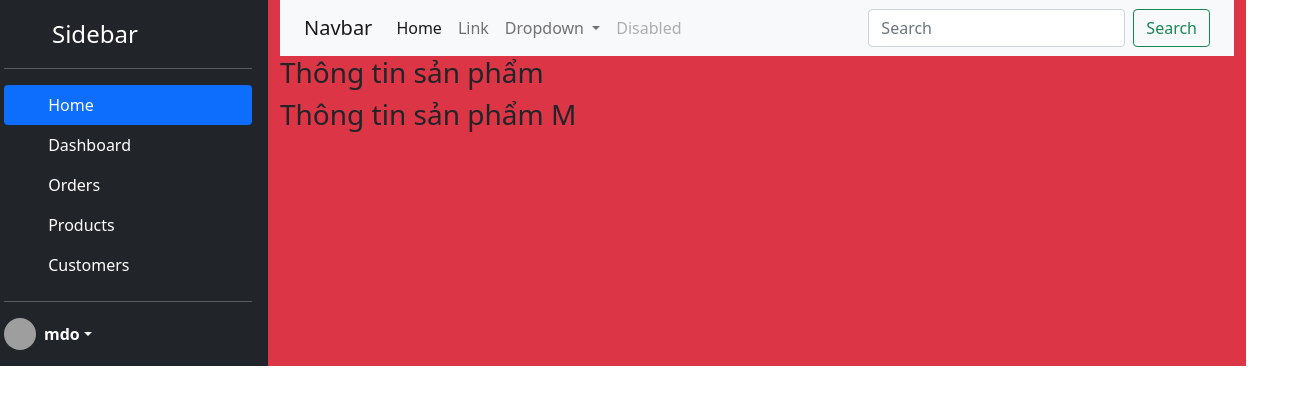
Repository: Lehuyhuynh/BT12-BOOTSTRAP
Page: index.html
These files come from the project's save history. The page is drawn as it stood at one moment and after a run of saves; the edit follows.
The browser window is 1280 px wide. The page is 1292 px wide, so the pictures cover 1292 px, including what lies to the right of the window. The pictures show the whole page.
Pictures or frames that could not be fetched are drawn as grey boxes.

Above is the page before, as saved 2023-08-19 22:13:24.

### index.html
<!DOCTYPE html>
<html lang="en">
<head>
  <link href="https://cdn.jsdelivr.net/npm/bootstrap@5.1.3/dist/css/bootstrap.min.css" rel="stylesheet" integrity="sha384-1BmE4kWBq78iYhFldvKuhfTAU6auU8tT94WrHftjDbrCEXSU1oBoqyl2QvZ6jIW3" crossorigin="anonymous">
  <meta charset="UTF-8">
  <meta name="viewport" content="width=device-width, initial-scale=1.0">
  <title>BT2</title>
</head>
<body>
  <div class="row">
    <div class=" col-3 d-flex flex-column flex-shrink-0 p-3 text-white bg-dark rounded-lg" style="width: 280px;">
      <a href="/" class="d-flex align-items-center mb-3 mb-md-0 me-md-auto text-white text-decoration-none">
        <svg class="bi me-2" width="40" height="32"><use xlink:href="#bootstrap"></use></svg>
        <span class="fs-4">Sidebar</span>
      </a>
      <hr>
      <ul class="nav nav-pills flex-column mb-auto">
        <li class="nav-item">
          <a href="#" class="nav-link active" aria-current="page">
            <svg class="bi me-2" width="16" height="16"><use xlink:href="#home"></use></svg>
            Home
          </a>
        </li>
        <li>
          <a href="#" class="nav-link text-white">
            <svg class="bi me-2" width="16" height="16"><use xlink:href="#speedometer2"></use></svg>
            Dashboard
          </a>
        </li>
        <li>
          <a href="#" class="nav-link text-white">
            <svg class="bi me-2" width="16" height="16"><use xlink:href="#table"></use></svg>
            Orders
          </a>
        </li>
        <li>
          <a href="#" class="nav-link text-white">
            <svg class="bi me-2" width="16" height="16"><use xlink:href="#grid"></use></svg>
            Products
          </a>
        </li>
        <li>
          <a href="#" class="nav-link text-white">
            <svg class="bi me-2" width="16" height="16"><use xlink:href="#people-circle"></use></svg>
            Customers
          </a>
        </li>
      </ul>
      <hr>
      <div class="dropdown">
        <a href="#" class="d-flex align-items-center text-white text-decoration-none dropdown-toggle" id="dropdownUser1" data-bs-toggle="dropdown" aria-expanded="false">
          <img src="https://github.com/mdo.png" alt="" width="32" height="32" class="rounded-circle me-2">
          <strong>mdo</strong>
        </a>
        <ul class="dropdown-menu dropdown-menu-dark text-small shadow" aria-labelledby="dropdownUser1" style="">
          <li><a class="dropdown-item" href="#">New project...</a></li>
          <li><a class="dropdown-item" href="#">Settings</a></li>
          <li><a class="dropdown-item" href="#">Profile</a></li>
          <li><hr class="dropdown-divider"></li>
          <li><a class="dropdown-item" href="#">Sign out</a></li>
        </ul>
      </div>
    </div>
    <div class="main-content bg-danger col-9" >
      <nav class="navbar navbar-expand-lg navbar-light bg-light">
        <div class="container-fluid">
          <a class="navbar-brand" href="#">Navbar</a>
          <button class="navbar-toggler" type="button" data-bs-toggle="collapse" data-bs-target="#navbarSupportedContent" aria-controls="navbarSupportedContent" aria-expanded="false" aria-label="Toggle navigation">
            <span class="navbar-toggler-icon"></span>
          </button>
          <div class="collapse navbar-collapse" id="navbarSupportedContent">
            <ul class="navbar-nav me-auto mb-2 mb-lg-0">
              <li class="nav-item">
                <a class="nav-link active" aria-current="page" href="#">Home</a>
              </li>
              <li class="nav-item">
                <a class="nav-link" href="#">Link</a>
              </li>
              <li class="nav-item dropdown">
                <a class="nav-link dropdown-toggle" href="#" id="navbarDropdown" role="button" data-bs-toggle="dropdown" aria-expanded="false">
                  Dropdown
                </a>
                <ul class="dropdown-menu" aria-labelledby="navbarDropdown">
                  <li><a class="dropdown-item" href="#">Action</a></li>
                  <li><a class="dropdown-item" href="#">Another action</a></li>
                  <li><hr class="dropdown-divider"></li>
                  <li><a class="dropdown-item" href="#">Something else here</a></li>
                </ul>
              </li>
              <li class="nav-item">
                <a class="nav-link disabled" href="#" tabindex="-1" aria-disabled="true">Disabled</a>
              </li>
            </ul>
            <form class="d-flex">
              <input class="form-control me-2" type="search" placeholder="Search" aria-label="Search">
              <button class="btn btn-outline-success" type="submit">Search</button>
            </form>
          </div>
        </div>
      </nav>
      <div class="row">

        <h3>Thông tin sản phẩm<h3>

          <div class="more col-8">

            <div class="product">

              <span>Thông tin sản phẩm</span>

              <span>M</span>
              <span></span>

            </div>

            <div class="data">

            </div>

          </div>

          <div class="category col-4"></div>






      </div>
    </div>


  </div>

  <script src="https://cdn.jsdelivr.net/npm/bootstrap@5.1.3/dist/js/bootstrap.bundle.min.js" integrity="sha384-ka7Sk0Gln4gmtz2MlQnikT1wXgYsOg+OMhuP+IlRH9sENBO0LRn5q+8nbTov4+1p" crossorigin="anonymous"></script>
</body>
</html>

After the next 2 saves:
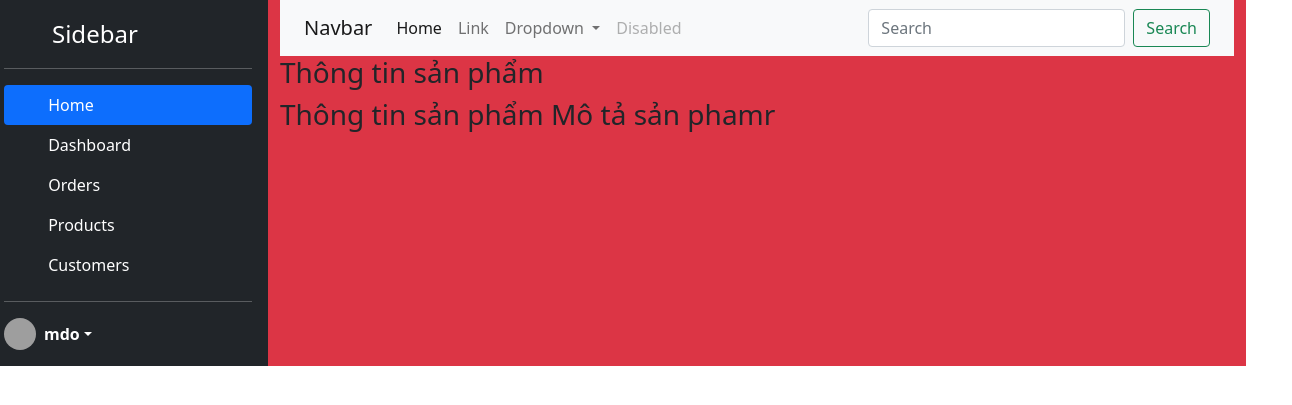
The 2 saves are shown as one change because they came seconds apart.
The last was saved 11 s later.
--- a/index.html
+++ b/index.html
@@ -108,7 +108,7 @@
 
               <span>Thông tin sản phẩm</span>
 
-              <span>M</span>
+              <span>Mô tả sản phamr</span>
               <span></span>
 
             </div>
